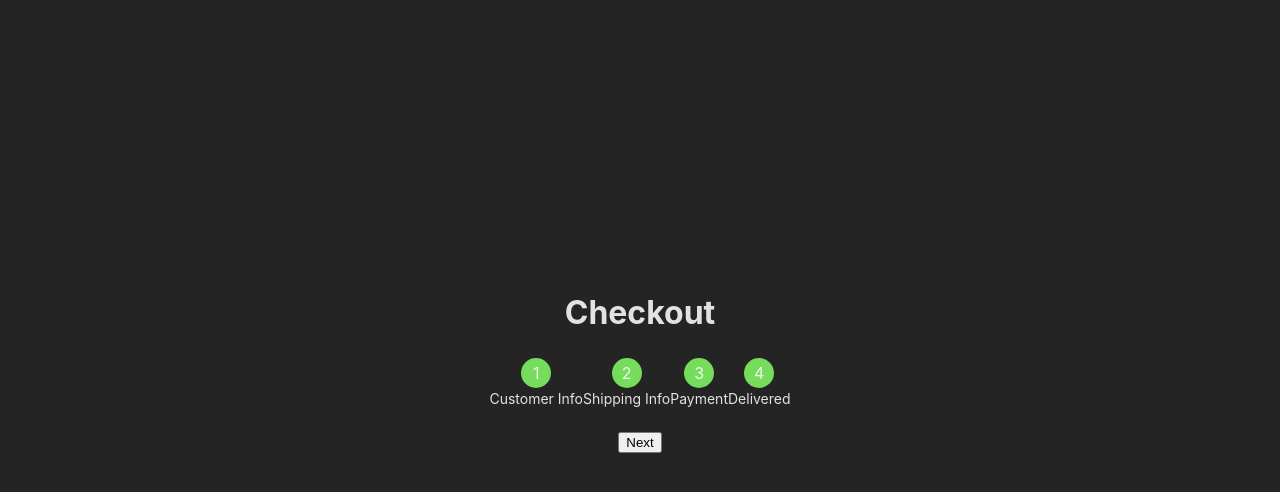
Repository: s-babaeizadeh/stepper-react
Page: /
These files come from the project's save history. The page is drawn as it stood at one moment and after the next save; the edit follows.
The browser window is 1280 px wide. The pictures show the whole page.
The project was rebuilt for these pictures with package versions that can differ from the ones it lists, and the page was loaded fresh each time. Also part of the build but not shown: vite.config.js.

Above is the page before, as saved 2024-08-04 15:45:01.

### src/App.jsx
import { Component, useState } from "react";

import "./App.css";
import CheckoutSteeper from "./components/CheckoutSteeper";

const CHECKOUT_STEPS = [
  {
    name: "Customer Info",
    Component: () => <div>Provide your contact details</div>,
  },
  {
    name: "Shipping Info",
    Component: () => <div>Enter you shipping address</div>,
  },
  {
    name: "Payment",
    Component: () => <div>Complete payment for your order</div>,
  },
  {
    name: "Delivered",
    Component: () => <div>Your order has been delivered</div>,
  },
];

function App() {
  return (
    <>
      <h1>Checkout</h1>
      <CheckoutSteeper stepsConfig={CHECKOUT_STEPS} />
    </>
  );
}

export default App;

### src/index.css
:root {
  font-family: Inter, system-ui, Avenir, Helvetica, Arial, sans-serif;
  line-height: 1.5;
  font-weight: 400;

  color-scheme: light dark;
  color: rgba(255, 255, 255, 0.87);
  background-color: #242424;

  font-synthesis: none;
  text-rendering: optimizeLegibility;
  -webkit-font-smoothing: antialiased;
  -moz-osx-font-smoothing: grayscale;
}

body {
  margin: 0;
  display: flex;
  place-items: center;
  min-width: 320px;
  min-height: 100vh;
}

.stepper {
  position: relative;
  display: flex;
  align-items: center;
  justify-content: space-between;
  margin-bottom: 20px;
}

.step {
  display: flex;
  flex-direction: column;
  align-items: center;
  position: relative;
}

.step-number {
  width: 30px;
  height: 30px;
  border-radius: 50%;
  background-color: #75dd5b;
  display: flex;
  justify-content: center;
  align-items: center;
  z-index: 2;
}

.step-name {
  font-size: 14px;
}

### src/components/CheckoutSteeper.jsx
import React, { useState } from "react";

const CheckoutSteeper = ({ stepsConfig = [] }) => {
  const [currentStep, setCurrentStep] = useState(1);
  const [isComplete, setIsComplete] = useState(false);

  if (!stepsConfig.length) {
    return <></>;
  }

  return (
    <>
      <div className="stepper">
        {stepsConfig.map((step, index) => {
          return (
            <div key={step.name} className="step">
              <div className="step-number">{index + 1}</div>
              <div className="step-name">{step.name}</div>
            </div>
          );
        })}
      </div>

      {!isComplete && (
        <button>
          {currentStep === stepsConfig.length ? "Finish" : "Next"}
        </button>
      )}
    </>
  );
};

export default CheckoutSteeper;

Loaded but not shown: index.html (common file); src/main.jsx (common file); src/App.css (common file)

After the next save:
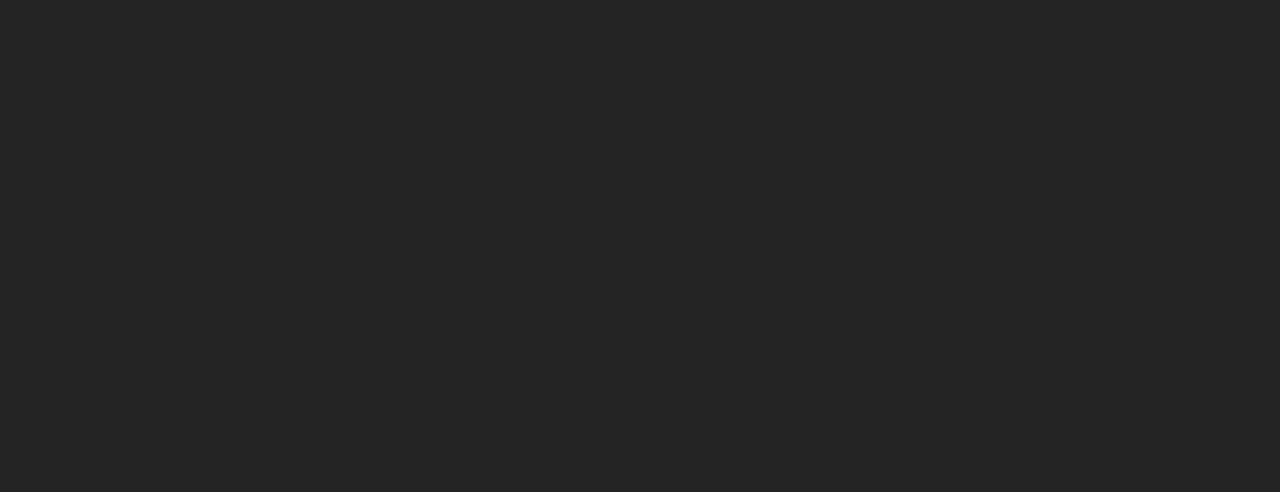
Console error: ReferenceError: handleNext is not defined
Saved 47 s later.
--- a/src/components/CheckoutSteeper.jsx
+++ b/src/components/CheckoutSteeper.jsx
@@ -22,7 +22,7 @@
       </div>
 
       {!isComplete && (
-        <button>
+        <button className="btn" onClick={handleNext}>
           {currentStep === stepsConfig.length ? "Finish" : "Next"}
         </button>
       )}

After the save that followed:
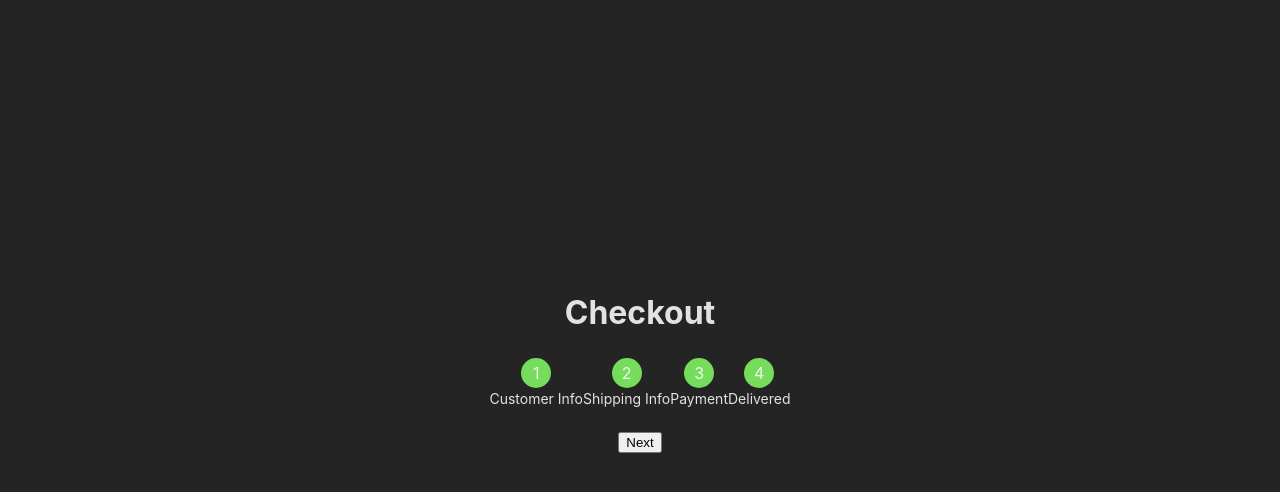
The error is gone.
Saved 24 s later.
--- a/src/components/CheckoutSteeper.jsx
+++ b/src/components/CheckoutSteeper.jsx
@@ -7,6 +7,8 @@
   if (!stepsConfig.length) {
     return <></>;
   }
+
+  const handleNext = () => {};
 
   return (
     <>
